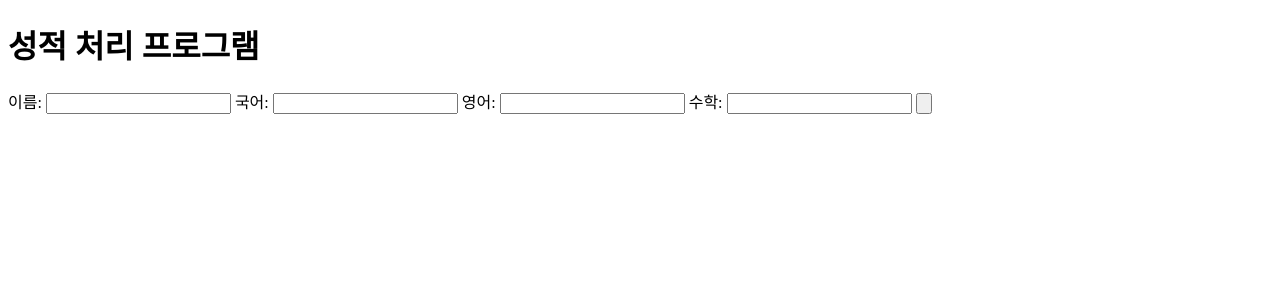
Repository: leedh909/Academy-web-
Page: 실습자료/eclipse-servlet/Jsp10_Ajax01/WebContent/student.html
An editor plug-in stored every save of this project. The page is shown before and after the next save, followed by the edit.
The browser window is 1280 px wide. The pictures show the whole page.

Above is the page before, as saved 2020-07-09 00:19:00.

After the next save:
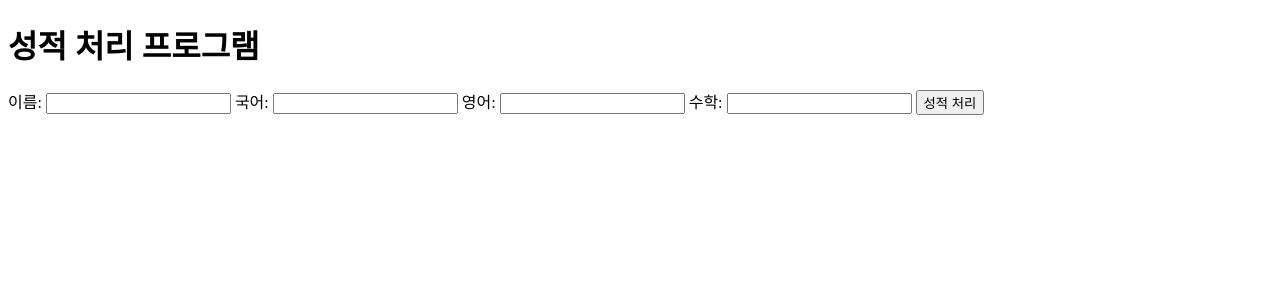
Saved 25 s later.
--- a/실습자료/eclipse-servlet/Jsp10_Ajax01/WebContent/student.html
+++ b/실습자료/eclipse-servlet/Jsp10_Ajax01/WebContent/student.html
@@ -19,7 +19,9 @@
 	영어: <input type="text" id="eng">
 	수학: <input type="text" id="math">
 
-	<input type="button">
+	<input type="button" id="process" value="성적 처리"><br><br>
+
+
 
 
 
